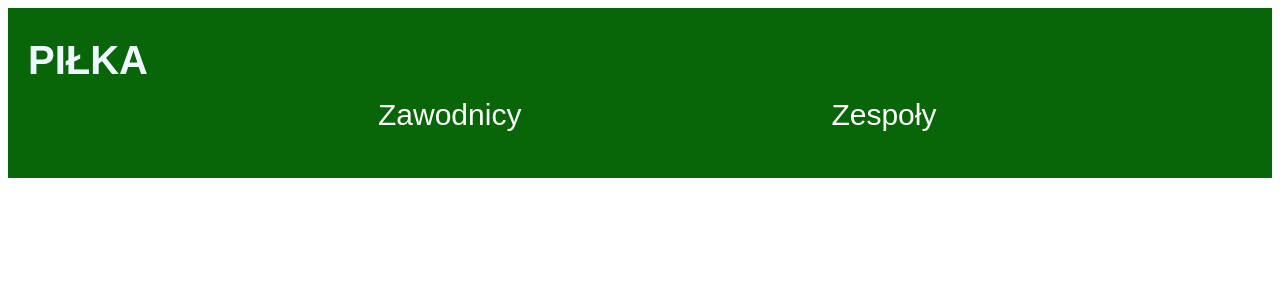
Repository: ZABA78/PAZW
Page: index.html
These files come from the project's save history. The page is drawn as it stood at one moment and after a run of saves; the edit follows.
The browser window is 1280 px wide. The pictures show the whole page.
Some web fonts or font styles are not loaded; a fallback is used.

Above is the page before, as saved 2023-10-17 14:23:00.

### index.html
<!DOCTYPE html>
<html lang="en">
<head>
    <meta charset="UTF-8">
    <meta http-equiv="X-UA-Compatible" content="IE=edge">
    <meta name="viewport" content="width=device-width, initial-scale=1.0">
    <link rel="stylesheet" href="style.css">
    <title>Piłka</title>
    <style>
        @import url('https://fonts.googleapis.com/css2?family=Tilt+Neon&display=swap');
        </style>
        <script src = "Jquery.js"></script>
</head>
<body>
    <header>
        <!--<img src="pilka.png" alt="logo" class = "logo">--><h1>PIŁKA</h1>
        <nav>
            <a href="">Zawodnicy</a>
            <a href="">Zespoły</a>
            <a href="">Mecze</a>
            <a href="">Puchary</a>
        </nav>
    </header>
</body>
</html>

### style.css
*
{
    font-family: 'Tilt Neon', sans-serif;


}

h1
{
    padding: 10px;
    font-size: 40px;
    float: left;
    margin-left: 10px;
    margin-top: 20px;
}
header
{
    background-color: rgb(8, 102, 8);
    height: 170px;
    color: aliceblue;
    display: flex;
    flex-direction: row;
}
a
{
padding: 90px;
text-align: center;
float: left;
margin-left: 130px;
text-decoration: none;
color: white;
font-size: 30px;
}

Loaded but not shown: jquery.js (library)

After the next 2 saves:
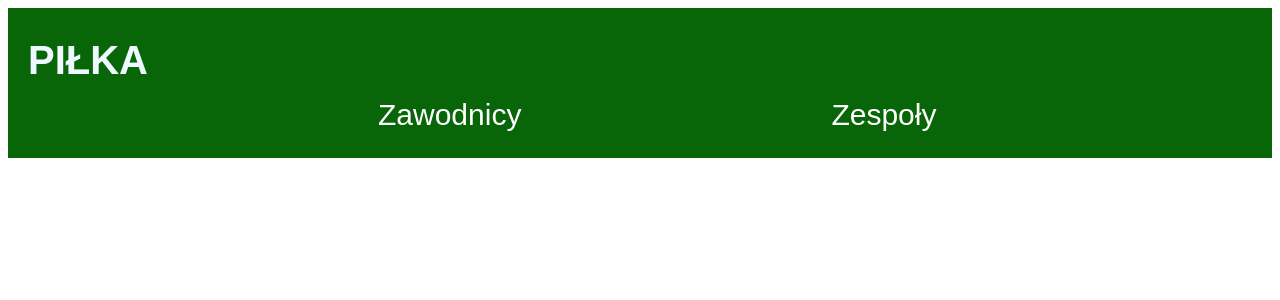
The 2 saves are shown as one change because they came seconds apart.
The last was saved 7 s later.
--- a/style.css
+++ b/style.css
@@ -16,7 +16,7 @@ h1
 header
 {
     background-color: rgb(8, 102, 8);
-    height: 170px;
+    height: 150px;
     color: aliceblue;
     display: flex;
     flex-direction: row;
